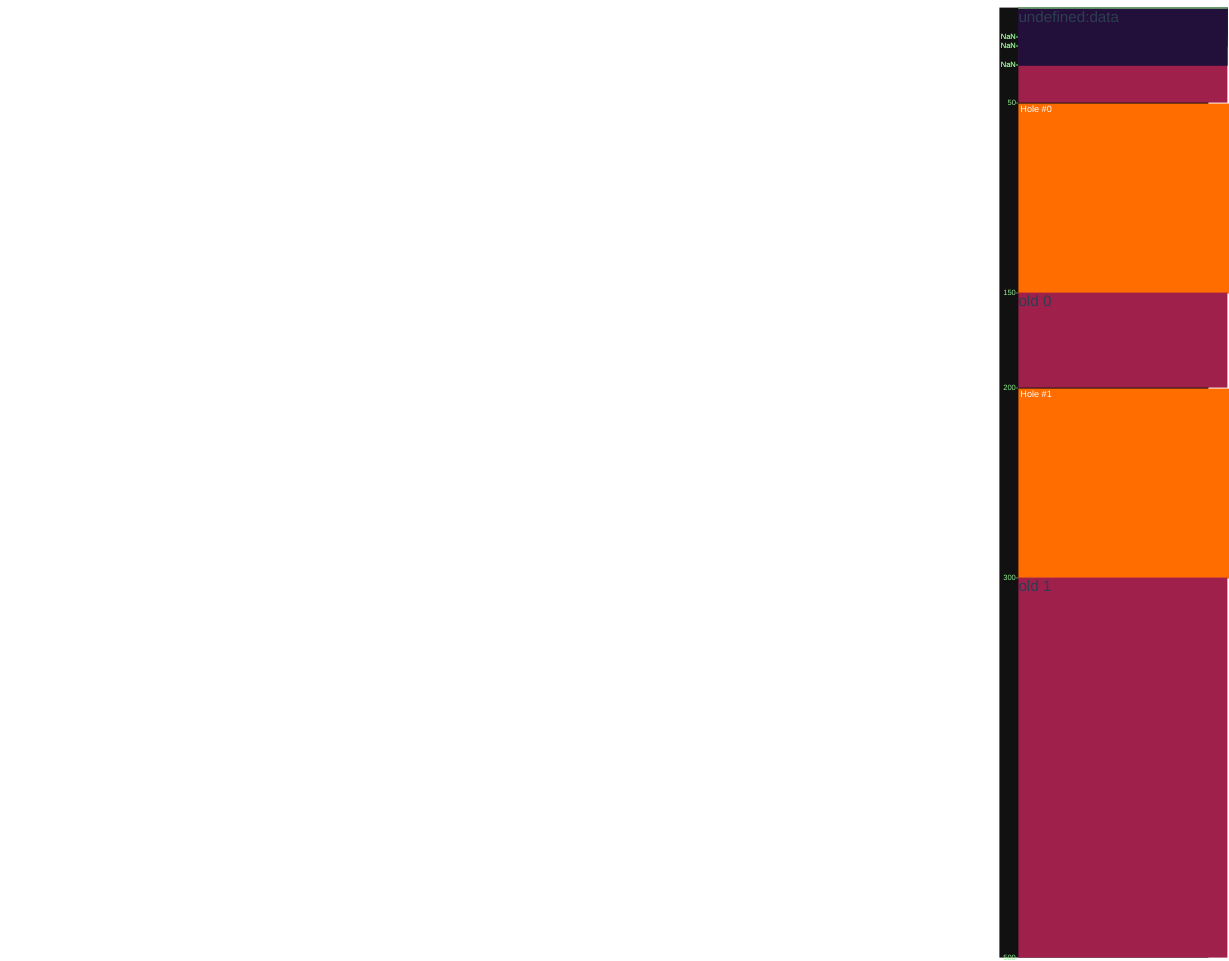
Repository: atout811/memory-allocation-project
Page: /#/final
An editor plug-in stored every save of this project. The page is shown before and after the next save, followed by the edit.
The browser window is 1280 px wide. The page is 1294 px wide, so the pictures cover 1294 px, including what lies to the right of the window. The pictures show the whole page, at 95% of full size.
The project was rebuilt for these pictures with package versions that can differ from the ones it lists, and the page was loaded fresh each time. Also part of the build but not shown: src/views/MemoryAndHoles.vue, src/views/Process.vue, src/views/Methods.vue.

Above is the page before, as saved 2021-06-09 21:18:31.

### src/App.vue
<template>
  <router-view v-slot="{ Component }">
    <transition name="fade" mode="out-in">
      <component :is="Component" />
    </transition>
  </router-view>
</template>
<script>
import MemHole from "./views/MemoryAndHoles.vue";
export default {
  name: "App",
  components: { MemHole },
};
</script>
<style lang="scss">
#app {
  font-family: Avenir, Helvetica, Arial, sans-serif;
  -webkit-font-smoothing: antialiased;
  -moz-osx-font-smoothing: grayscale;
  text-align: center;
  color: #2c3e50;
  display: flex;
  flex-direction: column;
  align-items: center;
}
a {
  font-weight: bold;
  color: #42b983;

  &.router-link-exact-active {
    color: #42b983;
  }
}
.fade-enter-active,
.fade-leave-active {
  transition: opacity 0.5s ease;
}
.fade-enter-from, .fade-leave-to /* .fade-leave-active below version 2.1.8 */ {
  opacity: 0;
}
</style>

### src/router/index.js
import { createRouter, createWebHashHistory } from "vue-router";
import Process from "../views/Process";
import MemoryAndHoles from "../views/MemoryAndHoles";
import Methods from "../views/Methods";
import Final from "../views/Final";

const routes = [
  {
    path: "/",
    name: "Home",
    component: MemoryAndHoles,
  },
  {
    path: "/process",
    name: "Process",
    component: Process,
  },
  {
    path: "/methods",
    name: "Methods",
    component: Methods,
  },
  {
    path: "/final",
    name: "Final",
    component: Final,
  },
];

const router = createRouter({
  history: createWebHashHistory(),
  routes,
});

export default router;

### src/store/index.js
import { createStore } from "vuex";

export default createStore({
  state: {
    input: {
      memSize: 500,
      Holes: [
        { starting: 50, size: 100 },
        { starting: 200, size: 100 },
      ],
      Processes: [
        {
          name: "P0",
          segments: [
            { name: "code", size: 10 },
            { name: "stack", size: 5 },
            { name: "data", size: 20 },
          ],
        },
        {
          name: "P1",
          segments: [
            { name: "code", size: 15 },
            { name: "stack", size: 20 },
            { name: "data", size: 30 },
          ],
        },
      ],
      Method: "first-fit",
    },
  },
  mutations: {},
  actions: {},
  modules: {},
});

### src/views/Final.vue
<template>
  <div class="memory"></div>
</template>

<script>
export default {
  name: "Final",

  data() {
    return {
      data: this.$store.state.input,
    };
  },
  mounted: function () {
    const memory = document.querySelector(".memory");
    const scale = 2;

    let totalMemorySize = this.data.memSize;
    // const submitbtn = document.getElementById("submit")
    // const memSize = document.getElementById("memSize")
    // submitbtn.onclick=()=>{
    //     let val = memSize.value
    //     let intval = parseInt(val)
    //     memSize.value =intval
    //     totalMemorySize=intval
    //     renderMemory()
    // }
    // let holes = [
    //   [140, 100],
    //   [40, 80],
    //   [260, 50],
    //   [340, 30],
    //   [400, 80],
    //   [450, 60],
    //   [510, 20],
    // ];
    let holes = this.data.Holes.map((item) => [item.starting, item.size]);

    function orderHoles() {
      holes = holes.sort((a, b) => a[0] - b[0]);
    }
    function renderMemory() {
      memory.style.height = `${totalMemorySize * scale}px`;
    }
    renderMemory();
    // let processes = [
    //   [null, { code: [10], data: [30], stack: [16] }, "p1"],
    //   [null, { code: [15], data: [30], stack: [25] }, "p3"],
    //   [null, { code: [10], data: [40], stack: [18] }, "p2"],
    //   [null, { code: [12], data: [10], stack: [12] }, "p4"],
    // ]; //start,size,name
    // let segmetns = this.data.Processes.segments
    let obj = {};
    let test = this.data.Processes.map((item) => [
      null,
      item.segments.forEach((el) => {
        obj[el.name] = [Number(el.size)];
      }),
      item.name,
    ]);
    let processes = test.map((item) => [null, obj, item.name]);
    let OldProcess = [];
    console.log("processess: ", processes);

    function generateOldProcess() {
      const firstHoleStart = holes[0][0];

      if (firstHoleStart > 0) OldProcess.push([0, firstHoleStart, `old ${0}`]);

      for (let h = 0; h < holes.length; h++) {
        const holeStart = holes[h][0];
        const HoleSize = holes[h][1];
        const HoleEnd = holeStart + HoleSize;

        if (h === holes.length - 1) {
          const lastHole = totalMemorySize - HoleEnd;
          if (HoleEnd < totalMemorySize)
            OldProcess.push([HoleEnd, lastHole, `old ${h}`]);
        } else {
          const nextStart = holes[h + 1][0];
          OldProcess.push([HoleEnd, nextStart - HoleEnd, `old ${h}`]);
        }
      }
    }
    // alert(holes[0][0])
    function renderHoles(type, holes) {
      // holes ==>
      for (let hole = 0; hole < holes.length; hole += 1) {
        const startingIndex = holes[hole][0];
        const size = holes[hole][1];

        // alert(hole)
        const holeBox = document.createElement("div");
        if (type === "old") {
          holeBox.innerText = holes[hole][2];
          holeBox.classList.add("oldProcess");
        } else if (type === "hole") {
          holeBox.innerText = "Hole #" + hole;
          holeBox.classList.add("hole");
        } else if (type === "process") {
          holeBox.innerText = holes[hole][2];
          holeBox.classList.add("process");
        }

        holeBox.style.top = `${startingIndex * scale}px`;
        holeBox.style.height = `${size * scale}px`;
        const endSize = document.createElement("span");
        const endSizeContainer = document.createElement("div");
        endSizeContainer.classList.add("endSizeContainer");
        endSizeContainer.appendChild(endSize);
        endSize.innerText = startingIndex + size;

        endSize.classList.add("holeEndIndex");
        if (startingIndex !== null) {
          holeBox.appendChild(endSizeContainer);
          memory.appendChild(holeBox);
        } else {
          // ERROR THE PROCESS CAN'T BE ALLOCATED
        }
      }
    }

    const totalProcessSize = (process) =>
      Object.values(process).reduce((prev, acc) => prev + acc);

    function allocate() {
      for (let p = 0; p < processes.length; p++) {
        // DON'T TOUCH MY SHIT 😡😡😡
        firstFit(processes[p]);
      }
    }

    function firstFit(p, totalProcessSize) {
      // forEach segment loop over the holes
      // create a temp allocation array
      // that array
      // const size =totalProcessSize
      const [IsAllocated, segments, processName] = p;

      let tempHoles = [...holes];
      console.log("tempHoles", tempHoles);

      Object.entries(segments).forEach(([name, value]) => {
        console.log("yalalaaaghwwyyy", value);
        tempHoles.every((hole, index) => {
          const [holeStart, holeSize] = hole;
          let size = value.size;

          if (size <= holeSize) {
            value[1] = tempHoles[index][0];
            const segEnd = size + holeStart;
            tempHoles[index][0] = segEnd;
            tempHoles[index][1] = tempHoles[index][1] - size;

            return false;
          } else {
            return true;
          }
        });
      });
      console.log("Segmeeeeeenttttttts", segments);
      // segments.forEach(({ size }) => {
      //   tempHoles.every((hole, index) => {
      //     const [holeStart, holeSize] = hole;
      //     // let [size, segmentStartingIndex] = value;

      //     if (size <= holeSize) {
      //       size = tempHoles[index][0];
      //       const segEnd = size + holeStart;
      //       tempHoles[index][0] = segEnd;
      //       tempHoles[index][1] = tempHoles[index][1] - size;
      //       return false;
      //     } else {
      //       return true;
      //     }
      //   });
      // });

      // if(size<holeSize){
      //     p[0] = holeStart
      //     const processEnd = holeStart+size
      //     holes[h][0] = processEnd
      //     holes[h][1]= holes[h][1] - size
      //     return
      //     //update the hole
      // }

      console.log("PROCESS", processes);
    }

    function renderProcess() {
      processes.forEach((p) => {
        // if(accumalatedStartingIndex!==undefined){

        // loop over segments:
        Object.keys(p[1]).forEach((s) => {
          console.log("SEGMEMT", [p[1][s][1], [p[1][s]][0]]);
          renderHoles("process", [[p[1][s][1], p[1][s][0], `${p[2]}:${s}`]]);
          // accumalatedStartingIndex+=p[1][s]
        });
        // }else{
        // PROCESS CAN NOT BE ALLOCATED (NO ENGOUGH SPACE!)
        // }
      });
    }

    function concateHoles() {
      holes.forEach((h, index) => {
        const [start, size] = h;
        if (index < holes.length - 1) {
          const end = start + size;
          const [nextStart, nextSize] = holes[index + 1];
          if (end >= nextStart) {
            holes[index][1] = nextStart + nextSize - start;
            holes = [...holes.slice(0, index + 1), ...holes.slice(index + 2)];
            concateHoles();
          }
        }
      });
    }

    function deleteProcess(processName, isOld) {
      // create a hole
      let start, ProcessSize, AfterDelete, segments;
      if (isOld) {
        // deleteProcess()
        const processIndex = OldProcess.findIndex((p) => p[2] === processName);
        AfterDelete = [
          ...OldProcess.slice(0, processIndex),
          ...OldProcess.slice(processIndex + 1),
        ];
        // [start,segments,name] =processes[processIndex]
        start = OldProcess[processIndex][0];
        ProcessSize = OldProcess[processIndex][1];

        OldProcess = AfterDelete;
        holes.push([start, ProcessSize]);
      } else {
        const processIndex = processes.findIndex((p) => p[2] === processName);
        console.log("INDDDEX", processIndex);
        AfterDelete = [
          ...processes.slice(0, processIndex),
          ...processes.slice(processIndex + 1),
        ];
        //  recover Holes
        const [starter, segments] = processes[processIndex];
        Object.values(segments).forEach(([size, starting]) => {
          console.log(size, starting);
          holes.push([starting, size]);
        });
        processes = AfterDelete;
      }

      orderHoles();
      concateHoles();
      // [null,{code:10,data:30,stack:16},"p1"]
      render();
    }
    orderHoles();
    concateHoles();
    generateOldProcess();
    // deleteProcess("old 0",true)
    // deleteProcess("old 2",true)

    function clear() {
      while (memory.firstChild) {
        memory.removeChild(memory.lastChild);
      }
    }
    allocate();
    function render() {
      clear();
      renderHoles("hole", holes);
      renderHoles("old", OldProcess);
      renderProcess();
    }
    render();
    // deleteProcess("p2", false);
    // deleteProcess("p1", false);
    // deleteProcess("p4", false);
  },
};
</script>

<style scoped >
.memory {
  background-color: #111;
  /* padding: 20px; */
  /* border-radius: 5px; */
  display: flex;
  flex-direction: column;
  width: 200px;
  align-self: flex-end;
  height: 1150px;
  /* top: 5%; */
  position: absolute;
  padding-left: 20px;
  /* overflow: hidden; */
}
.memory >>> .hole {
  background-color: #ff6c00;
  /* border: 0.7px solid #0f0; */

  margin-top: 1px;
  /* height: 100px; */
  display: flex;
  /* align-self: center; */
  width: 100%;

  /* align-items: center; */
  /* justify-content: center; */
  position: absolute;
}
.memory >>> .oldProcess {
  background-color: #a0204c;
  /* border: 0.7px solid darkred; */
  display: flex;

  width: 100%;
  position: absolute;
}
.memory >>> .process {
  background-color: #23103a;
  /* border-bottom: 0.7px solid #eae7af; */
  border-top: 0.7px solid lightgreen;
  display: flex;
  width: 100%;
  position: absolute;
}

.memory >>> .hole,
.oldProcess,
.process {
  font-size: 0.6rem;
  text-transform: capitalize;
  padding-left: 2px;
  color: #fff;
}

.memory >>> .endSizeContainer {
  /* background-color: red !important; */
  width: 20px;
  z-index: 1000;
  color: lightgreen !important;
  color: #ccc;
  font-size: 0.5rem;

  position: absolute;
  top: calc(100% - 5.4px);
  text-align: right;
  display: block;
  left: -20px;
}
.memory >>> .holeEndIndex::after {
  content: "-";
}
</style>

Loaded but not shown: public/index.html (common file); src/main.js (common file)

After the next save:
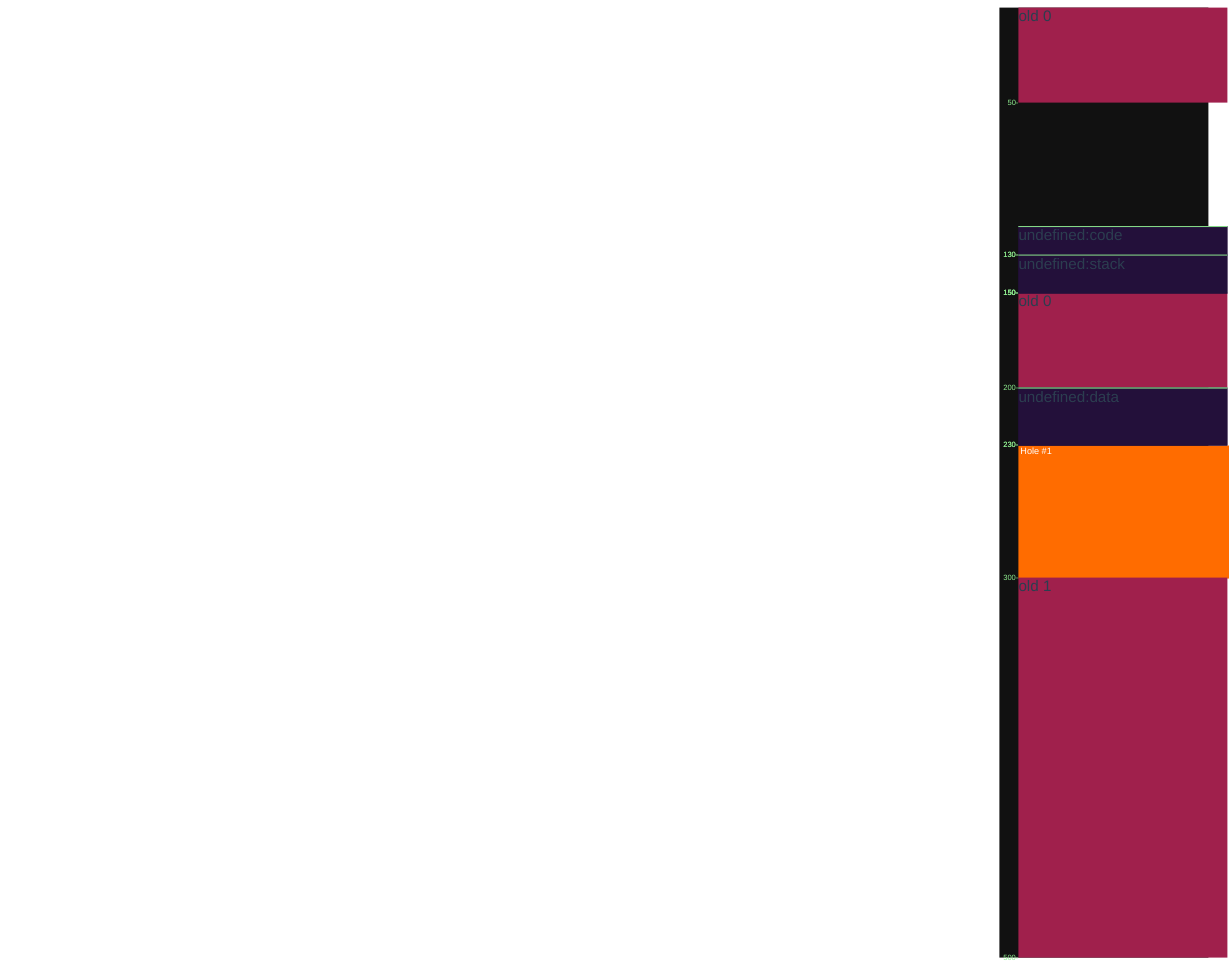
Saved 77 s later.
--- a/src/views/Final.vue
+++ b/src/views/Final.vue
@@ -144,7 +144,7 @@ export default {
         console.log("yalalaaaghwwyyy", value);
         tempHoles.every((hole, index) => {
           const [holeStart, holeSize] = hole;
-          let size = value.size;
+          let [size, segmentStartingIndex] = value;
 
           if (size <= holeSize) {
             value[1] = tempHoles[index][0];
